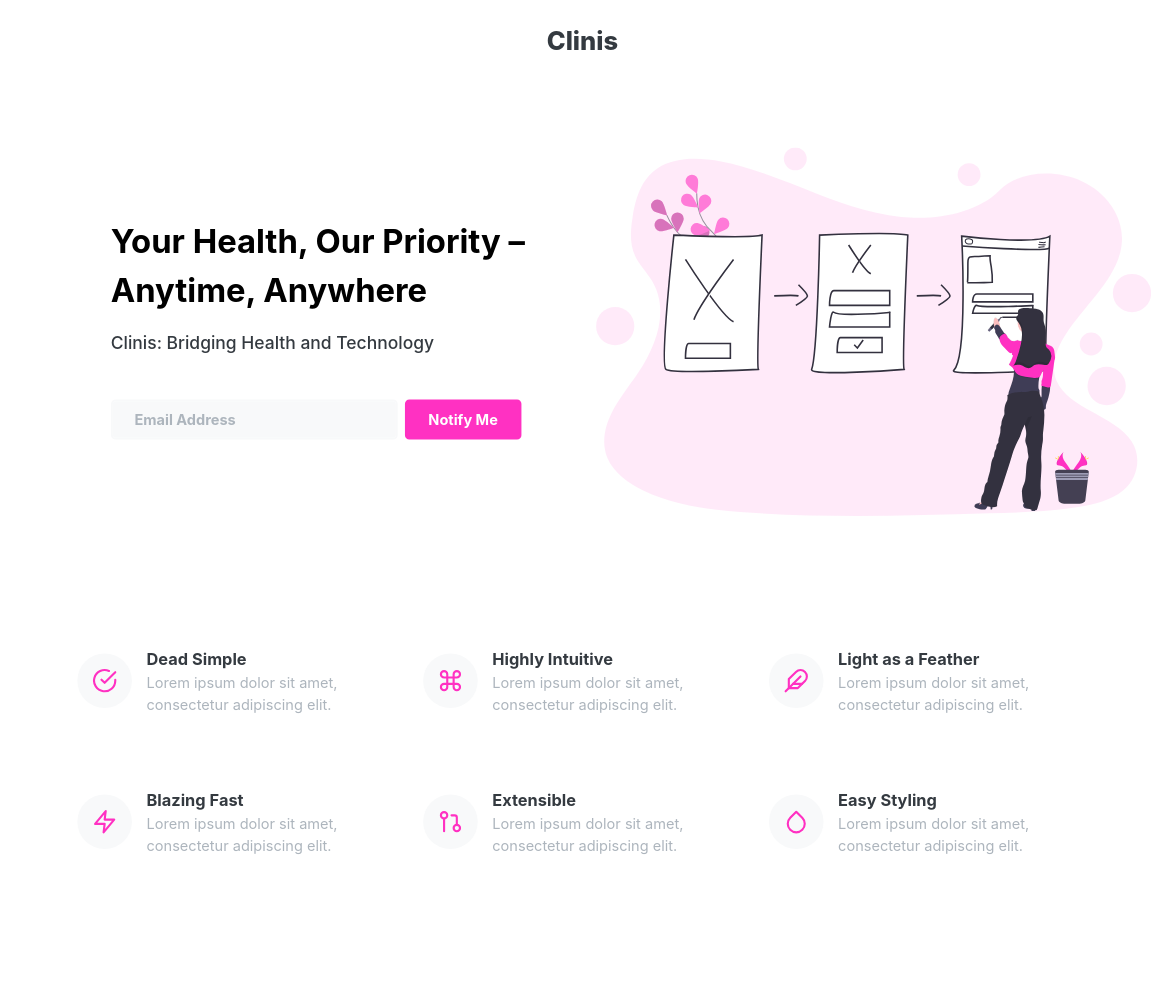
Repository: Rupak09/demo1
Page: index.html
These files come from the project's save history. The page is drawn as it stood at one moment and after the next save; the edit follows.
The browser window is 1280 px wide. The pictures show the part of the page from y = 0 to 1097 px (the page is 2795 px tall before and 2843 px after), at 91% of full size.
A picture or video elsewhere on the page could not be fetched, so the positions and the page height are approximate. Some web fonts or font styles are not loaded; a fallback is used. Some web libraries are served in a nearby version.

Above is the page before, as saved 2024-12-28 12:00:09.

After the next save:
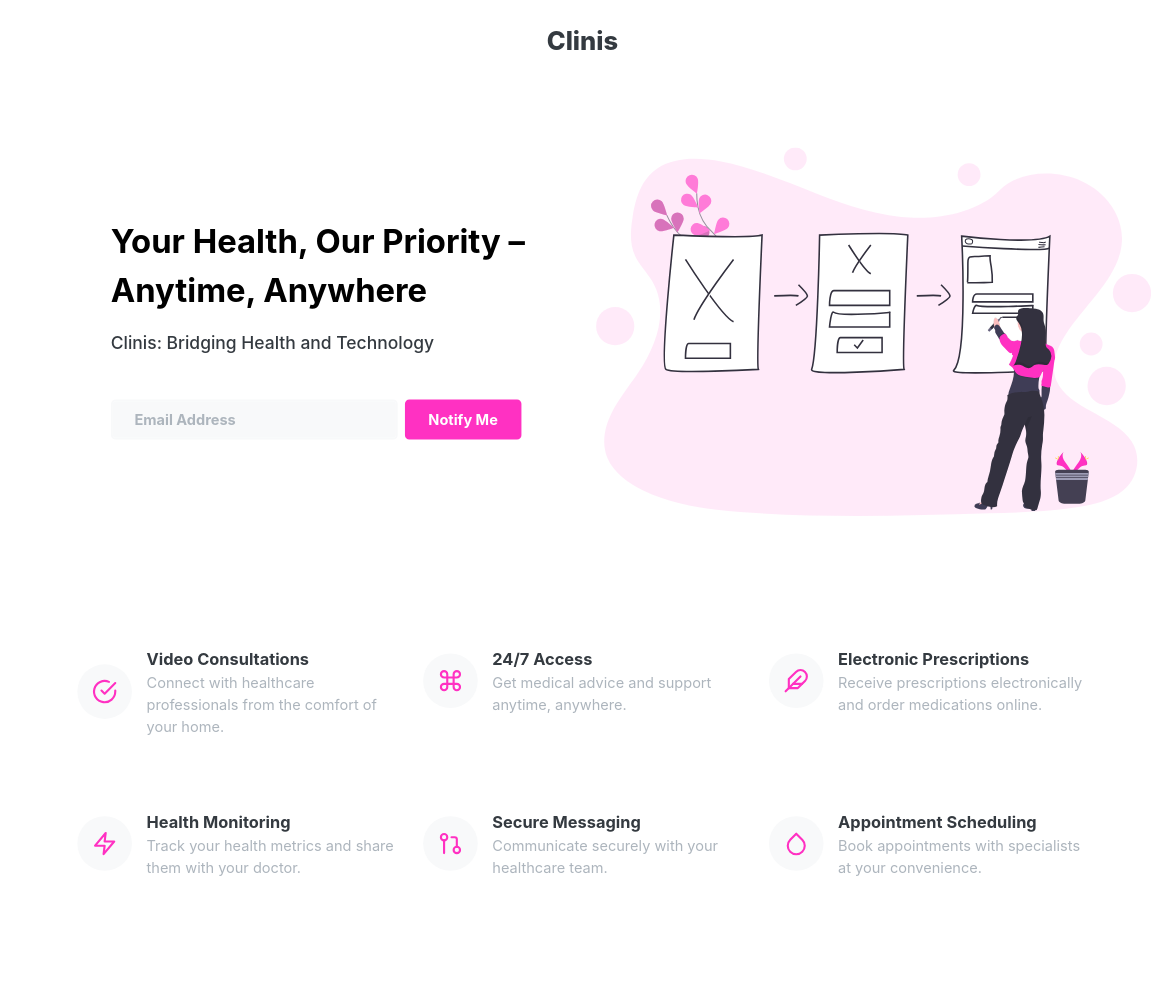
Saved 80 s later.
--- a/index.html
+++ b/index.html
@@ -56,8 +56,8 @@
                         </div>
                     </div>
                     <div class="media-body">
-                        <div class="title">Dead Simple</div>
-                        <div class="sub-title">Lorem ipsum dolor sit amet, consectetur adipiscing elit.</div>
+                        <div class="title">Video Consultations</div>
+                        <div class="sub-title">Connect with healthcare professionals from the comfort of your home.</div>
                     </div>
                 </div>
             </div>
@@ -69,8 +69,8 @@
                         </div>
                     </div>
                     <div class="media-body">
-                        <div class="title">Highly Intuitive</div>
-                        <div class="sub-title">Lorem ipsum dolor sit amet, consectetur adipiscing elit.</div>
+                        <div class="title">24/7 Access</div>
+                        <div class="sub-title">Get medical advice and support anytime, anywhere.</div>
                     </div>
                 </div>
             </div>
@@ -82,8 +82,8 @@
                         </div>
                     </div>
                     <div class="media-body">
-                        <div class="title">Light as a Feather</div>
-                        <div class="sub-title">Lorem ipsum dolor sit amet, consectetur adipiscing elit.</div>
+                        <div class="title">Electronic Prescriptions</div>
+                        <div class="sub-title">Receive prescriptions electronically and order medications online.</div>
                     </div>
                 </div>
             </div>
@@ -95,8 +95,8 @@
                         </div>
                     </div>
                     <div class="media-body">
-                        <div class="title">Blazing Fast</div>
-                        <div class="sub-title">Lorem ipsum dolor sit amet, consectetur adipiscing elit.</div>
+                        <div class="title">Health Monitoring</div>
+                        <div class="sub-title">Track your health metrics and share them with your doctor.</div>
                     </div>
                 </div>
             </div>
@@ -108,8 +108,8 @@
                         </div>
                     </div>
                     <div class="media-body">
-                        <div class="title">Extensible</div>
-                        <div class="sub-title">Lorem ipsum dolor sit amet, consectetur adipiscing elit.</div>
+                        <div class="title">Secure Messaging</div>
+                        <div class="sub-title">Communicate securely with your healthcare team.</div>
                     </div>
                 </div>
             </div>
@@ -121,8 +121,8 @@
                         </div>
                     </div>
                     <div class="media-body">
-                        <div class="title">Easy Styling</div>
-                        <div class="sub-title">Lorem ipsum dolor sit amet, consectetur adipiscing elit.</div>
+                        <div class="title">Appointment Scheduling</div>
+                        <div class="sub-title">Book appointments with specialists at your convenience.</div>
                     </div>
                 </div>
             </div>
@@ -135,8 +135,8 @@
     <div class="container">
         <div class="row">
             <div class="col-md-8 mx-auto text-center">
-                <h2>Trusted by Thousands of Startups</h2>
-                <p class="lead text-muted">Clinis is used on several websites, small and large.</p>
+                <h2>Trusted by Thousands of Users</h2>
+                <p class="lead text-muted">Clinis is used by individuals and families for all their telemedicine needs.</p>
                 <div class="mt-5 d-flex flex-row justify-content-md-between flex-wrap press-icons">
                     <img src="https://logo.clearbit.com/google.com?size=60" alt="Google"/>
                     <img src="https://logo.clearbit.com/twitter.com?size=60" alt="Twitter"/>
@@ -161,6 +161,9 @@
             </div>
         </div>
         <div class="row my-2">
+            <div class="col-md-4 mx-auto text-muted text-center small-xl">
+                Distributed By <a href="https://htmltemplates.co/">HTML Templates</a>
+            </div>
         </div>
     </div>
 </footer>
